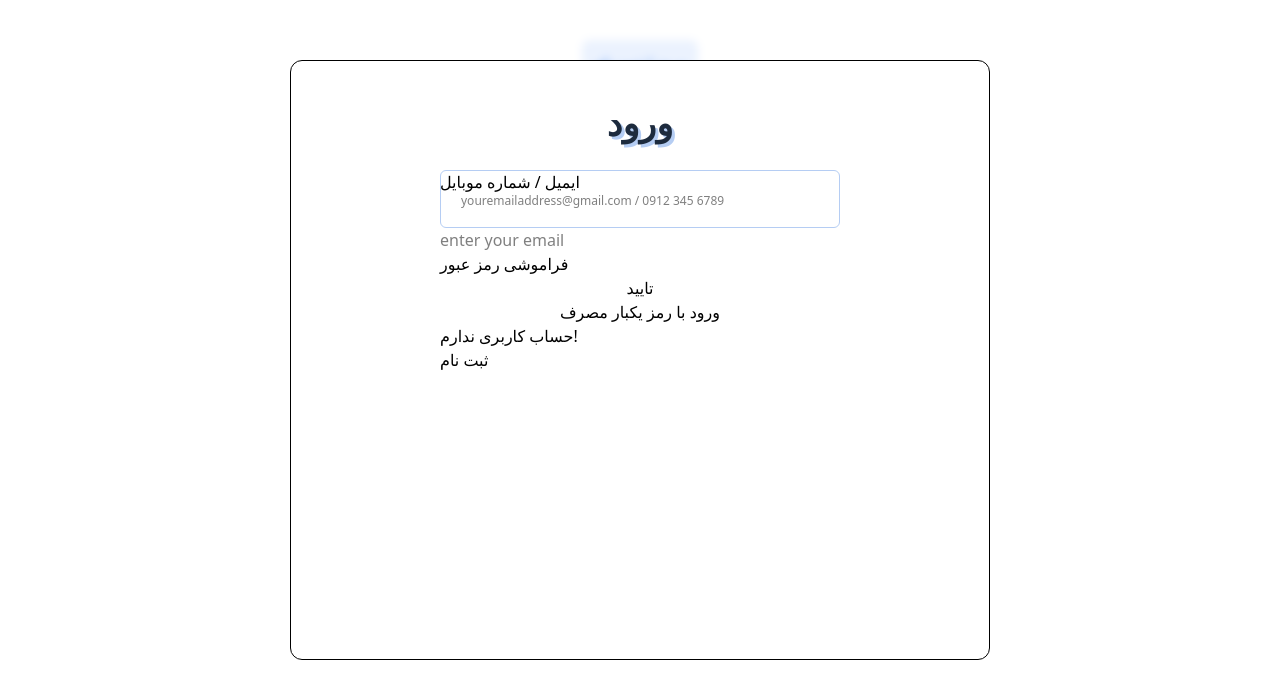
Repository: mohsenSarvariHero/AngularBase
Page: / (app in popup/), after clicking the first element matching `button.rounded-\[8px\]`
An editor plug-in stored every save of this project. The page is shown before and after the next save, followed by the edit.
The browser window is 1280 px wide. The pictures show the whole page.
The project was rebuilt for these pictures with package versions that can differ from the ones it lists, and the page was loaded fresh each time.

Above is the page before, as saved 2025-03-23 13:16:27.

### popup/src/index.css
@import "tailwindcss";












/* :root {
  font-family: system-ui, Avenir, Helvetica, Arial, sans-serif;
  line-height: 1.5;
  font-weight: 400;

  color-scheme: light dark;
  color: rgba(255, 255, 255, 0.87);
  background-color: #242424;

  font-synthesis: none;
  text-rendering: optimizeLegibility;
  -webkit-font-smoothing: antialiased;
  -moz-osx-font-smoothing: grayscale;
}

a {
  font-weight: 500;
  color: #646cff;
  text-decoration: inherit;
}
a:hover {
  color: #535bf2;
}

body {
  margin: 0;
  display: flex;
  place-items: center;
  min-width: 320px;
  min-height: 100vh;
}

h1 {
  font-size: 3.2em;
  line-height: 1.1;
}

button {
  border-radius: 8px;
  border: 1px solid transparent;
  padding: 0.6em 1.2em;
  font-size: 1em;
  font-weight: 500;
  font-family: inherit;
  background-color: #1a1a1a;
  cursor: pointer;
  transition: border-color 0.25s;
}
button:hover {
  border-color: #646cff;
}
button:focus,
button:focus-visible {
  outline: 4px auto -webkit-focus-ring-color;
}

@media (prefers-color-scheme: light) {
  :root {
    color: #213547;
    background-color: #ffffff;
  }
  a:hover {
    color: #747bff;
  }
  button {
    background-color: #f9f9f9;
  }
} */

### popup/src/App.jsx

import './App.css'
import PopUp from './popUp/PopUp'
import React, { useState } from 'react';
function App() {
  const [showModal, setShowModal] = useState(false);

  return (
    <div className="flex justify-center mt-10 text-amber-50">
     <button className="rounded-[8px] bg-[#EBF2FE] cursor-pointer text-[#3B82F6] p-3" onClick={() => setShowModal(true)}>ورود / ثبت نام</button>

      {showModal && <PopUp onclose={()=>setShowModal(false)} />}
      </div>
  )
}

export default App

### popup/src/popUp/PopUp.jsx
// import { useState } from "react"

// export default function PopUp(){

//     const[openPopup,setopenPopup]=useState(false)
//     return(
//         <div>
//             {
//                 openPopup &&
//                 <div className="bg-amber-500">
//                 <div className="text-neutral-900">
//                     <h1>ورود</h1>
//                     <input type="text"/>
//                     <input type="submit"/>
//                     <button onClick={() => setOpenPopup(false)}>بستن</button>;

//                 </div>
//             </div>
//             }

//         </div>
//     )
// }

// export default function PopUp({ setOpenPopup }) {
//   return (
//     <div className="bg-amber-500">
//       <div className="text-neutral-900">
//         <h1>ورود</h1>
//         <input type="text" />
//         <input type="submit" />
//         <button onClick={() => setOpenPopup(false)}>close</button>

//         {/* دکمه بستن پاپ آپ */}
//       </div>
//     </div>
//   );
// }



import React, { useRef } from 'react';
import { X } from 'lucide-react';

function PopUp({onclose }) {
    const modalref=useRef();
    const closemodal= (e)=>{
        if(modalref.current===e.target){
            onclose();
        }
    }



  return (
    <div ref={modalref} onClick={closemodal} className="fixed inset-0 text-amber-50  backdrop-blur-xs flex justify-center items-center mb-5">
      <div className="mt-10 flex flex-col gap-5 text-black">
        <div className="rounded-xl bg-white flex flex-col gap-5 items-center mx-4 border-1 border-black w-[700px] h-[600px] mb-5">
          <h1 className='text-[#1d2b3e] text-[35px] font-bold mt-9 ' style={{ textShadow: '3px 3px 0px #B5CDF3' }}>ورود</h1>
          <form className='flex flex-col'>
            <div className='flex flex-col'>
            <label className='absolute left-'>ایمیل / شماره موبایل</label>
              <input type="email" placeholder="youremailaddress@gmail.com / 0912 345 6789" className='border-1 border-[#B5CDF3] rounded-md px-5 py-4 w-[400px] relative placeholder:text-[12px]'    required />
            </div>
            <input type="password" placeholder="enter your email" required />
            <a>فراموشی رمز عبور</a>
            <button type="submit">تایید</button>
            <button type="submit">ورود با رمز یکبار مصرف</button>
            <a>حساب کاربری ندارم!</a>
            <a>ثبت نام</a>
          </form>
        </div>
      </div>
    </div>
  );
}

export default PopUp;

Loaded but not shown: popup/index.html (common file); popup/src/main.jsx (common file); popup/src/App.css (common file)

After the next save:
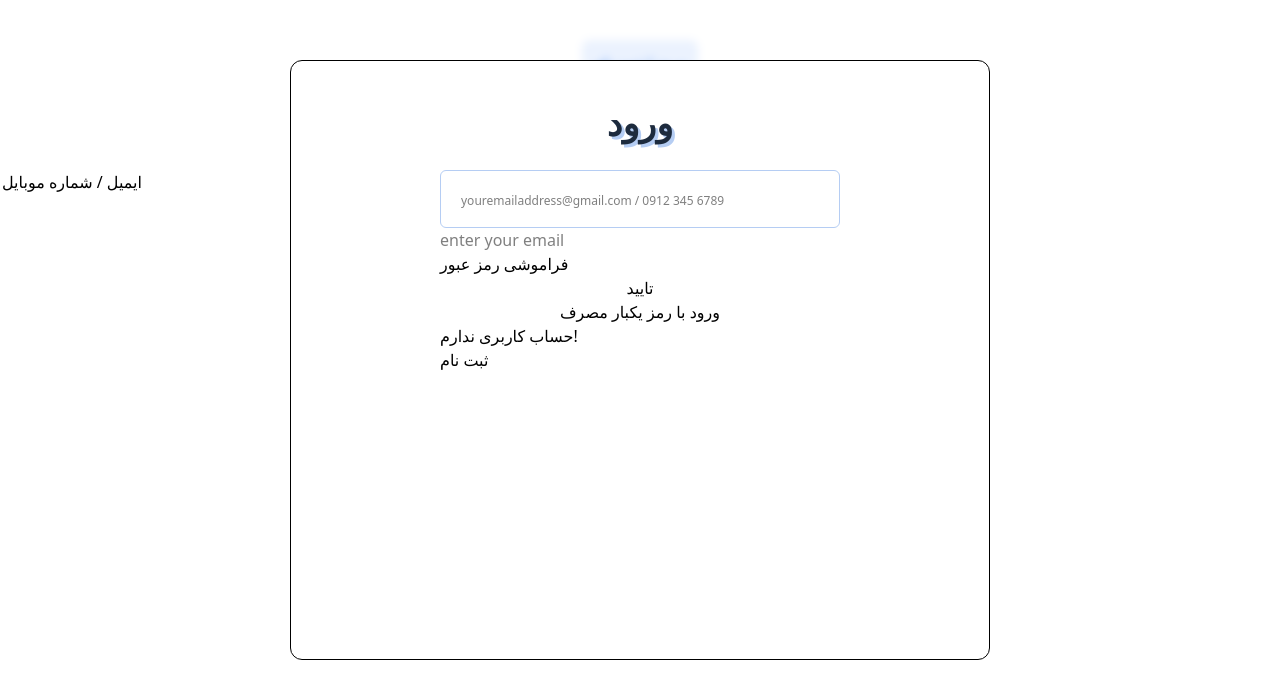
Saved 5 s later.
--- a/popup/src/popUp/PopUp.jsx
+++ b/popup/src/popUp/PopUp.jsx
@@ -59,7 +59,7 @@
           <h1 className='text-[#1d2b3e] text-[35px] font-bold mt-9 ' style={{ textShadow: '3px 3px 0px #B5CDF3' }}>ورود</h1>
           <form className='flex flex-col'>
             <div className='flex flex-col'>
-            <label className='absolute left-'>ایمیل / شماره موبایل</label>
+            <label className='absolute left-0.5'>ایمیل / شماره موبایل</label>
               <input type="email" placeholder="youremailaddress@gmail.com / 0912 345 6789" className='border-1 border-[#B5CDF3] rounded-md px-5 py-4 w-[400px] relative placeholder:text-[12px]'    required />
             </div>
             <input type="password" placeholder="enter your email" required />

After the save that followed:
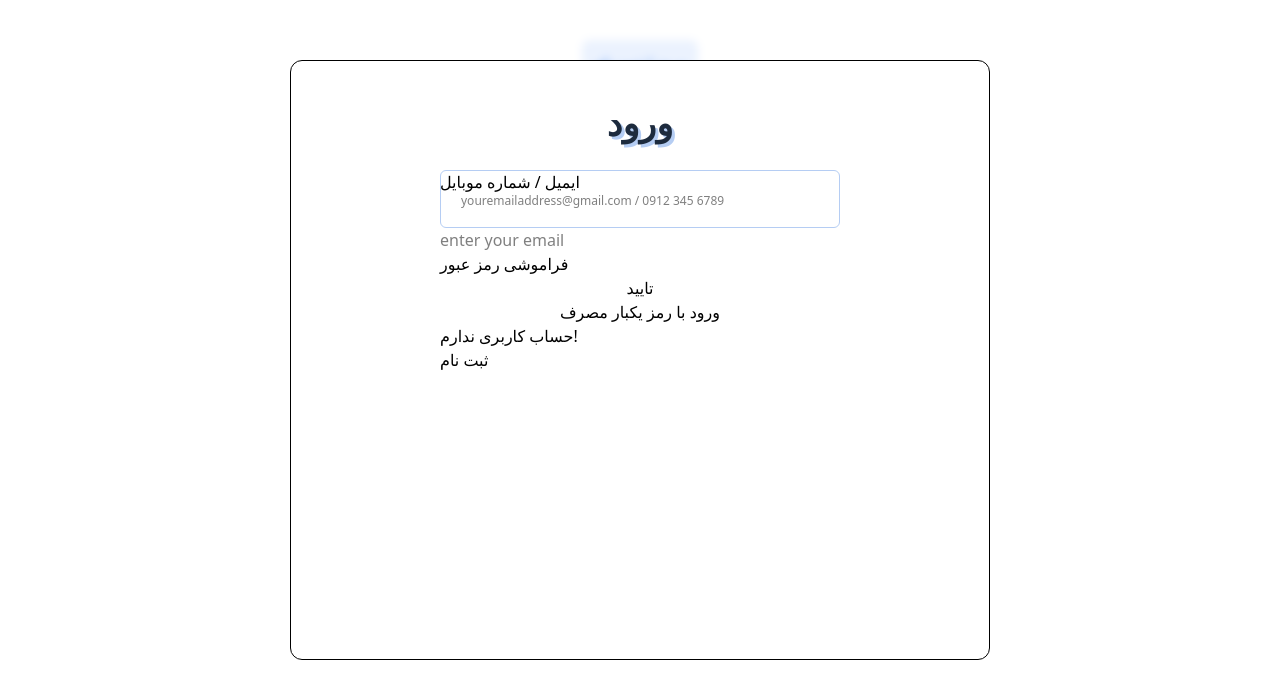
Saved 6 s later.
--- a/popup/src/popUp/PopUp.jsx
+++ b/popup/src/popUp/PopUp.jsx
@@ -59,7 +59,7 @@
           <h1 className='text-[#1d2b3e] text-[35px] font-bold mt-9 ' style={{ textShadow: '3px 3px 0px #B5CDF3' }}>ورود</h1>
           <form className='flex flex-col'>
             <div className='flex flex-col'>
-            <label className='absolute left-0.5'>ایمیل / شماره موبایل</label>
+            <label className='absolute left-5x'>ایمیل / شماره موبایل</label>
               <input type="email" placeholder="youremailaddress@gmail.com / 0912 345 6789" className='border-1 border-[#B5CDF3] rounded-md px-5 py-4 w-[400px] relative placeholder:text-[12px]'    required />
             </div>
             <input type="password" placeholder="enter your email" required />
